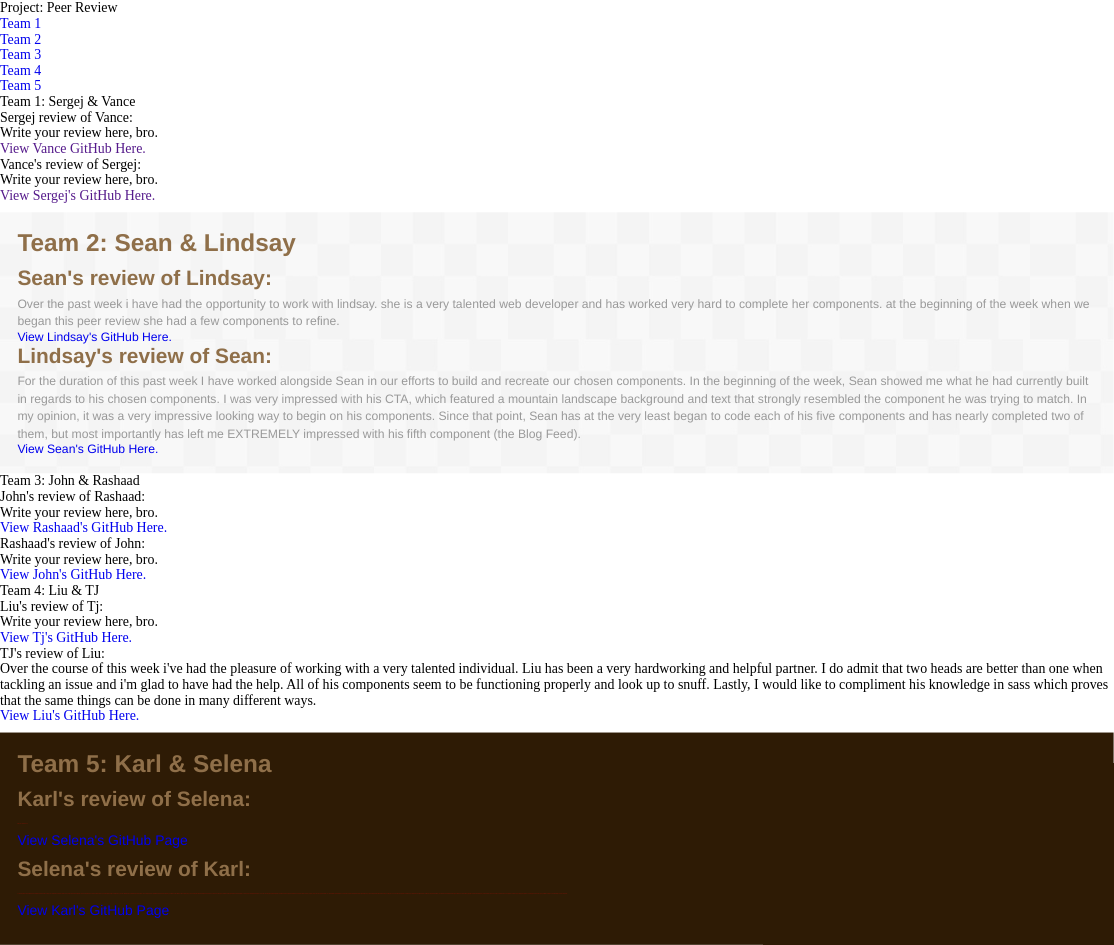
Repository: Smvargas787/WSP-2.5
Page: workspace 3/hello-world.html
The author's editor kept a record of every edit. The page is drawn from the files as they stood at one moment, then again after the next edit.
The browser window is 1280 px wide. The pictures show the whole page, at 87% of full size.
Some web libraries are served in a nearby version.

Above is the page before.

### workspace 3/hello-world.html
<!DOCTYPE html>
<html lang= "en">
	<head>
		<meta charset= "utf-8"/>
		<meta name="viewport" content="width=device-width, initial-scale=1, maximum-scale=1">
		<title>Project: Peer Review</title>

		<link href="css/reset.css" rel="stylesheet" type="text/css" />
		<link href="css/style.css" rel="stylesheet" type="text/css" />
	</head>


	<body>

		<header>
			<h1>Project: Peer Review</h1>
			<nav>
				<ul>
					<li><a href="#" class="link" data-this=".team1" data-last=".page">Team 1</a></li>
					<li><a href="#" class="link" data-this=".team2" data-last=".page">Team 2</a></li>
					<li><a href="#" class="link" data-this=".team3" data-last=".page">Team 3</a></li>
					<li><a href="#" class="link" data-this=".team4" data-last=".page">Team 4</a></li>
					<li><a href="#" class="link" data-this=".team5" data-last=".page">Team 5</a></li>
				</ul>
			</nav>
		</header>


<!-- 	Team 1 -->
		<section class="page team1">
			<h2>Team 1: Sergej & Vance</h2>

			<article>
				<h3>Sergej review of Vance:</h3>
				<p>Write your review here, bro.</p>
				<a href="" target="_blank">View Vance GitHub Here.</a>
			</article>

			<article>
			 	<h3>Vance's review of Sergej:</h3>
				<p>Write your review here, bro.</p>
				<a href="" target="_blank">View Sergej's GitHub Here.</a>
			</article>
        </section>
<!-- End Team 1 -->





<!-- 	Team 2 -->
		<section class="page team2">
			<h2>Team 2: Sean & Lindsay</h2>

			<article>
				<h3>Sean's review of Lindsay:</h3>
				<p>Over the past week i have had the opportunity to work with lindsay. she is a very talented web developer and has worked very hard
				to complete her components. at the beginning of the week when we began this peer review she had a few components to refine.
				</p>
				<a href="http://lindsayhampton.github.io/WSP/" target="_blank">View Lindsay's GitHub Here.</a>
			</article>

			<article>
			 	<h3>Lindsay's review of Sean:</h3>
				<p>For the duration of this past week I have worked alongside Sean in our efforts to build and recreate our chosen components.
				In the beginning of the week, Sean showed me what he had currently built in regards to his chosen components. I was very impressed with his CTA,
				which featured a mountain landscape background and text that strongly resembled the component he was trying to match. In my opinion, it was a
				very impressive looking way to begin on his components. Since that point, Sean has at the very least began to code each of his five components and
				has nearly completed two of them, but most importantly has left me EXTREMELY impressed with his fifth component (the Blog Feed). </p>
				<a href="http://seanedw1.github.io/wsp_edwards_sean/index.html" target="_blank">View Sean's GitHub Here.</a>
			</article>

		</section>
<!-- End Team 2 -->




<!-- 	Team 3 -->
		<section class="page team3">
			<h2>Team 3: John & Rashaad</h2>
			<article>
				<h3>John's review of Rashaad:</h3>
				<p>Write your review here, bro.</p>
				<a href="http://mangenius200.github.io/WSP/wsp_project-master/index.html" target="_blank">View Rashaad's GitHub Here.</a>
			</article>

			<article>
			 	<h3>Rashaad's review of John:</h3>
				<p>Write your review here, bro.</p>
				<a href="http://johnkunkle1987.github.io/Web-Standards-Project/week_1_project/" target="_blank">View John's GitHub Here.</a>
			</article>
		</section>
<!-- End Team 3 -->





<!-- 	Team 4 -->
		<section class="page team4">
			<h2>Team 4: Liu  & TJ</h2>
			<article>
				<h3>Liu's review of Tj:</h3>
				<p>Write your review here, bro.</p>
				<a href="http://fs-timothymccoy.github.io/WSP/ProjectPlanning/index.html" target="_blank">View Tj's GitHub Here.</a>
			</article>

			<article>
			 	<h3>TJ's review of Liu:</h3>
				<p>Over the course of this week i've had the pleasure of working with a very talented individual. Liu has been a very hardworking and helpful partner. I do admit that two heads are better than one when tackling an issue and i'm glad to have had the help. All of his components seem to be functioning properly and look up to snuff. Lastly, I would like to compliment his knowledge in sass which proves that the same things can be done in many different ways.</p>
				<a href="http://maumasi.github.io/WSP_082015/" target="_blank">View Liu's GitHub Here.</a>
			</article>

    	</section>
<!-- End Team 4 -->


<!-- 	Team 5 -->
		<section class="page team5">
			<h2>Team 5: Karl & Selena</h2>
			<article>
				<h3>Karl's review of Selena:</h3>
				<p>Write your review here, bro.</p>
				<a href="http://smvargas787.github.io/WSP-2.5/index.html" target="_blank">View Selena's GitHub Page</a>
			</article>

			<article>
			 	<h3>Selena's review of Karl:</h3>
				<p>I've had the privledge to work with Karl on his assignment this week and not only are his components great but his intuition is even greater towards his assignments. Karl’s 1st component was a search bar that he made very user friendly and simple to navigate for anyone who’s wanting to find a particular topic on that website. His 2nd component was a parallax that he demonstrated during his presentation in class which has taken a great journey to success using his interactive background to draw users in. There was a lot of jquery involved into his assignments and even though they’re not my strong suit helping him helped me to see more of certain javascript languages that I didn’t know. His 3rd component consisted of an API feature which uses query to place your zip code in an apartment finder to see what available apartments there are around for sell. Karl’s 4th component involved positioning using a contact component that demonstrates having a certain place on a screen where that particular contact belongs. Finally Karl’s 5th component was a scroll effect component that when you scroll down more information would appear which he has done amazing operating. His work was something very different than from what I’ve usually seen with the choices of components and that I enjoyed deeply being apart of. His work progressed from some jquery problems to making a successful attempt on all his components. </p>
			    <a href="http://kjrohr.github.io/wps_project/blog/index.html" target="_blank">View Karl's GitHub Page</a>
			</article>




		</section>
<!-- End Team 5 -->




<!-- jquery -->
		<script src="https://ajax.googleapis.com/ajax/libs/jquery/1.11.3/jquery.min.js"></script>
	<!--	<script src="js/jquery-1.11.3.min.js"></script> -->
		<script src="js/main.js"></script>

	</body>
</html>

### workspace 3/css/reset.css
/* CSS RESET
====================================================================================================
====================================================================================================
*/



html, body, div, main, span, applet, object, iframe,
h1, h2, h3, h4, h5, h6, p, blockquote, pre,
a, abbr, acronym, address, big, cite, code,
del, dfn, em, img, ins, kbd, q, s, samp,
small, strike, strong, sub, sup, tt, var,
b, u, i, center,
dl, dt, dd, ol, ul, li,
fieldset, form, label, legend, input, textarea,
table, caption, tbody, tfoot, thead, tr, th, td,
article, aside, canvas, details, embed,
figure, figcaption, footer, header, hgroup,
menu, nav, output, ruby, section, summary,
time, mark, audio, video,
::before, ::after {

	margin: 0; padding: 0;
	border: 0;
	font-size: 100%;
	font: inherit;
	vertical-align: baseline;
	text-decoration: none;

	box-sizing: border-box;

}

// HTML5 - Older browser support
// ======================================================================
article, aside, details, figcaption, figure,
footer, header, hgroup, menu, nav, section {
	display: block;
}


// BODY
// ======================================================================
body { line-height: 1; }


// LISTS - Clear bullets
// ======================================================================
ol, ul { list-style: none; }


// QUOTES
// ======================================================================
blockquote, q { quotes: none; }
blockquote:before, blockquote:after,
q:before, q:after {
	content: '';
	content: none;
}

// TABLES
// ======================================================================
table {
	border-collapse: collapse;
	border-spacing: 0;
}

### workspace 3/css/style.css
/* Team 1 ======================================================== */
/* End of Team 1 ================================================= */


/* Team 2 ======================================================== */
.team2
{
  margin-top: 10px;
  background: url("../images/background-team2.jpg");
  color: #999999;
  font-family: Helvetica;
  padding: 20px;
  font-size: 14px;
}


.team2 article a:hover
{
  color: rgba(215,17,17, 0.8);
}

.team2 article a:visited
{
  color: #094978;
}


.team2 h1{
  text-align:center;
}


.team2 h2
{
  margin-bottom: 10px;
  font-size: 28px;
  font-weight: 900;
  color: #8F6F49;
}

.team2 article h3
{
  margin-bottom: 5px;
  color: #8F6F49;
  font-size: 24px;
  font-weight: 700;
}

.team2 article p
{
  line-height: 20px;
}

.team2 article a
{
  display: block;
  padding:;
}


/* End of Team 2 ================================================= */


/* Team 3 ======================================================== */
/* End of Team 3 ================================================= */


/* Team 4 ======================================================== */
/* End of Team 4 ================================================= */


/* Team 5 ======================================================== */
/* Color 1: #2E1B05 Root
   Color 2: #655441 Somber
   Color 3: #8F6F49 Yggdrasil
   Color 4: #094978 Blues Power
   Color 5: #D71111 Pale Red
*/


.team5
{
  margin-top: 10px;
  background: #2E1B05;
  color: #D71111;
  font-family: Helvetica;
  padding: 20px;
}


.team5 article a:hover
{
  color: rgba(215,17,17, 0.8);
}

.team5 article a:visited
{
  color: #094978;
}

.team5 h2
{
  margin-bottom: 10px;
  font-size: 28px;
  font-weight: 900;
  color: #8F6F49;
}

.team5 article h3
{
  margin-bottom: 5px;
  color: #8F6F49;
  font-size: 24px;
  font-weight: 700;
}

.team5 article p
{
  line-height: 20px;
  font-size: 1px;
}

.team5 article a
{
  display: block;
  padding-bottom: 10px;
}


/* End of Team 5 ================================================= */

### workspace 3/js/main.js

//	jquery javaScript
$(function(){

//	make links change "pages"
//================================================================
//	$('.page').css({'display':'none'});



//	nav click events
//================================================================
	$('.link').on('click', function(){

		var linkAction1 = $(this).attr('data-last');
		var linkAction2 = $(this).attr('data-this');

		$(linkAction1).delay().slideUp();
		$(linkAction2).slideDown();

		$('.this-class').css({'display':'none'});
		$('h3').css({'display':'none'});
		//$('input').css({'display':'none'});
	});




});

After the next edit:
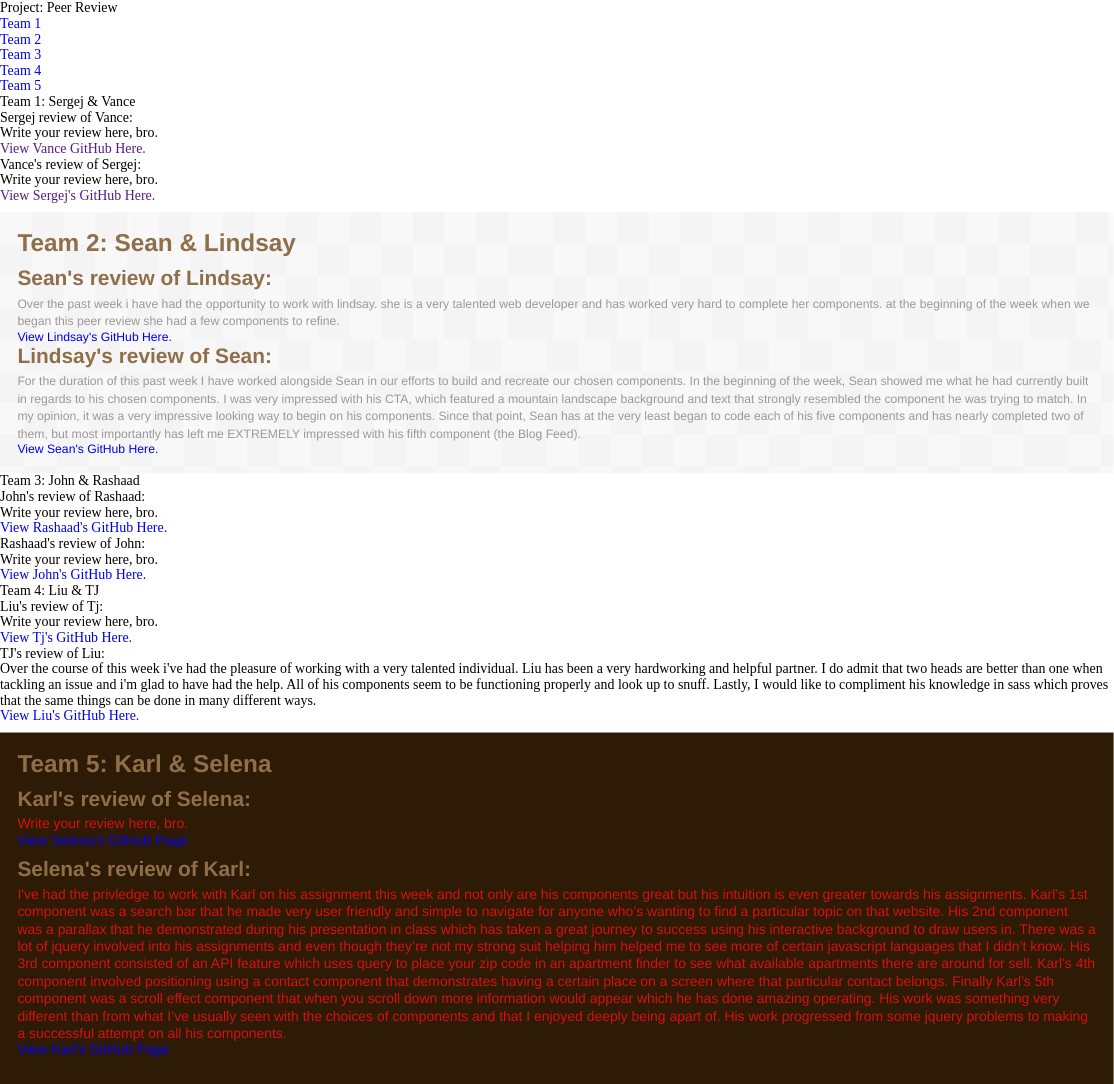
The edit:
--- a/workspace 3/css/style.css
+++ b/workspace 3/css/style.css
@@ -117,7 +117,7 @@
 .team5 article p
 {
   line-height: 20px;
-  font-size: 1px;
+  font-size: 16px;
 }
 
 .team5 article a
